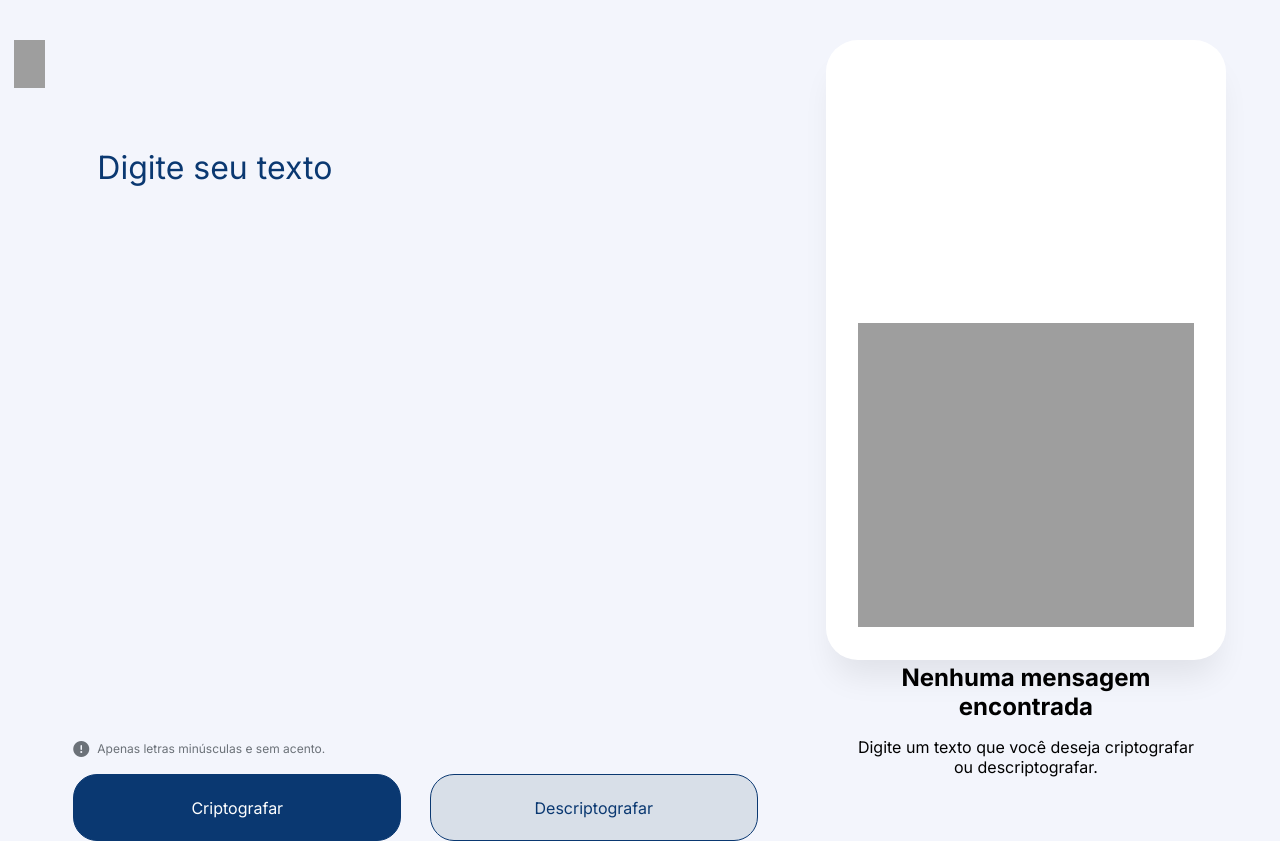
Repository: CarlosEduardoVdeOliveira/descodificador-de-texto
Page: index.html
The author's editor kept a copy of each file at every save. The page is drawn from the files as they stood at one save, then again after the next save.
The browser window is 1280 px wide. The pictures show the whole page.
Pictures or frames that could not be fetched are drawn as grey boxes.

Above is the page before, as saved 2023-04-13 10:18:57.

### index.html
<!DOCTYPE html>
<html lang="en">
<head>
   <meta charset="UTF-8">
   <link rel="preconnect" href="https://fonts.googleapis.com">
   <link rel="preconnect" href="https://fonts.gstatic.com" crossorigin>
   <meta http-equiv="X-UA-Compatible" content="IE=edge">
   <meta name="viewport" content="width=device-width, initial-scale=1.0">
   <link href="https://fonts.googleapis.com/css2?family=Inter:wght@400;700&display=swap" rel="stylesheet">
   <link rel="stylesheet" href="https://cdnjs.cloudflare.com/ajax/libs/font-awesome/6.4.0/css/all.min.css" integrity="sha512-iecdLmaskl7CVkqkXNQ/ZH/XLlvWZOJyj7Yy7tcenmpD1ypASozpmT/E0iPtmFIB46ZmdtAc9eNBvH0H/ZpiBw==" crossorigin="anonymous" referrerpolicy="no-referrer" />
   <link rel="stylesheet" href="/public/styles/reset.css">
   <link rel="stylesheet" href="/public/styles/index.css">
   <link rel="stylesheet" href="/public/styles/tablet.css">
   <link rel="stylesheet" href="/public/styles/mobile.css">
   <title>Decodificador</title>
</head>
<body>
   <main>
      <img src="/public/images/imageLogo2.png"
         alt="letra a da logo da escola de programação Alura">
      <div class="highlight">
         <textarea placeholder="Digite seu texto" autofocus></textarea>
         <div class="info">
            <span>
               <i class="fa-solid fa-circle-exclamation"></i>
               Apenas letras minúsculas e sem acento.
            </span>
            <div class="info-group-button">
               <button class="button-cryptography">Criptografar</button>
               <button class="button-decryption">Descriptografar</button>
            </div>
         </div>
      </div>
      <div class="text-cryption">
         <img src="/public/images/imageHighLight.svg" alt="">
         <div>
            <h2>Nenhuma mensagem encontrada</h2>
            <p>
               Digite um texto que você deseja criptografar ou descriptografar.
            </p>
         </div>
      </div>
   </main>
   <script src="/public/scripts/index.js"></script>
</body>
</html>

### public/styles/reset.css
:root{
   --light-gray: #D8DFE8;
   --gray-100: #CED4DA;
   --gray-200: #ADB5BD;
   --gray-300: #868E96;
   --gray-400: #495057;
   --gray-500: #343A40;
   --light-blue-100: #F3F5FC;
   --light-blue-200: #EFF1FA;
   --light-blue-300: #E9ECF8;
   --light-blue-400: #AAB2D5;
   --light-blue-500: #757FB2;
   --dark-blue-100: #609ED4;
   --dark-blue-200: #356EA9;
   --dark-blue-300: #0A3871;
   --dark-blue-400: #072B61;
   --dark-blue-500: #052051;
}
*{
   margin: 0;
   padding: 0;
   box-sizing: border-box;
}

html, input, textarea, button{
   font-family:  'Inter', sans-serif;
   font-size: 1rem;
   -webkit-font-smoothing: antialiased;
   -moz-osx-font-smoothing: grayscale;
}

### public/styles/index.css
body{
   background-color: var(--light-blue-100);
}
img{
   width: 1.943rem;
   height: 3rem;
   margin-top: 2.5rem;
}
main {
   display: flex;
   justify-content: space-around;
   align-items: self-start;
   margin: 0 auto;
}
.highlight{
   display: flex;
   flex-direction: column;
   margin-top: 7.5rem;
}
textarea{
   width: 100%;
   height: calc(100vh - 100px);
   font-size: 32px;
   line-height: 150%;
   background-color: var(--light-blue-100);
   color: var(--dark-blue-300);
   border: none;
   resize: none;
   margin: 0 auto;
   padding: 1.5rem;
}
textarea:focus{
   outline: 0;
}

textarea::placeholder{
   color: var(--dark-blue-300);
}
span{
   display: flex;
   align-items: center;
   font-size: 12px;
   color: var(--gray-400);
   line-height: 150%;
   opacity: 0.8;
   margin-bottom: 1rem;
}
i{
   color: var(--gray-400);
   margin-right: 0.5rem;
   font-size: 1rem;
}

button{
   padding: 1.5rem;
   width: 328px;
   height: 67px;
   border-radius: 1.5rem;
   cursor: pointer;
   font-size: 1rem;
   line-height: 19px;
   border: 1px solid var(--dark-blue-300);
   transition: all .2s;
}
.info .button-cryptography{
   background-color: var(--dark-blue-300);
   color: white;
   margin-right: 1.5rem;
}
.info .button-cryptography:hover{
   background-color: var(--dark-blue-400);
}
.info .button-decryption{
   background: var(--light-gray);
   color: var(--dark-blue-300);
}
.info .button-decryption:hover{
   background-color: var(--light-blue-200);
}
.text-cryption{
   width: 25rem;
   margin: 2.5rem;
   padding: 15.188rem 2rem;
   text-align: center;
   background-color: white;
   height: calc(100vh - 100px);
   /* shadow */
   box-shadow: 0px 24px 32px -8px rgba(0, 0, 0, 0.08);
   border-radius: 32px;
}
.text-cryption img{
   width: 21rem;
   height: 19rem;
}
.text-cryption div{
   display: flex;
   flex-direction: column;

   margin-top: 2rem;
   padding: 0px;
   gap: 16px;
}

textarea.textarea-output{
   font-size: 1.5rem;
   color: var(--gray-400);
   height: calc(100vh - 100px);
   padding: 1rem;
}
.text-cryption-whit-text{
   padding: 1rem;
}

.button-copy-cryption{
   background-color: white;
}
.button-copy-cryption:hover{
   background-color: var(--light-blue-200);
}

### public/styles/tablet.css
@media (max-width: 768px) {
   main{
      display: block;
   }
   img{
      margin: 1rem;
   }
   .textarea-input{
      margin: 0 auto;
   }
   .info{
      display: flex;
      flex-direction: column;
      margin: 0 auto;
   }
   .text-cryption{
      width: 43rem;
      height: 8.313rem;
      padding: 0;
      margin: 1.5rem auto;
   }
   .text-cryption img{
      display: none;
   }
}

### public/styles/mobile.css
@media (max-width: 375px) {
   img{
      margin: 1rem;
   }
   .info{
      margin: 0 auto;
   }
   .info-group-button{
      display: flex;
      flex-direction: column;
   }
   .info-group-button .button-cryptography{
      margin-bottom: 1.5rem;
   }
   .text-cryption{
      width: 20.438rem;
      height: 11.625rem;
      padding: 0;
      margin: 1.5rem auto;
   }
}

### public/scripts/index.js
const elementTextarea = document.querySelector("textarea");
const areaCryption = document.querySelector(".text-cryption");
const buttonCryptography = document.querySelector(".button-cryptography");
const buttonDecryption = document.querySelector(".button-decryption");


function alterTextCryptionArea(){
   areaCryption.classList.add("text-cryption-whit-text")
   areaCryption.innerHTML = `
      <textarea class="textarea-output" disabled>${elementTextarea.value}</textarea>
      <button class="button-copy-cryption">Copiar</button>
   `;
}
/*
function copyText(){
   const text = document.querySelector("format-text-cryption")
   text.select();
   document.execCommand('copy');
} */
/* document.querySelector("button-copy-cryption").onclick = copyText */
buttonCryptography.onclick = alterTextCryptionArea
buttonDecryption.onclick = alterTextCryptionArea

After the next save:
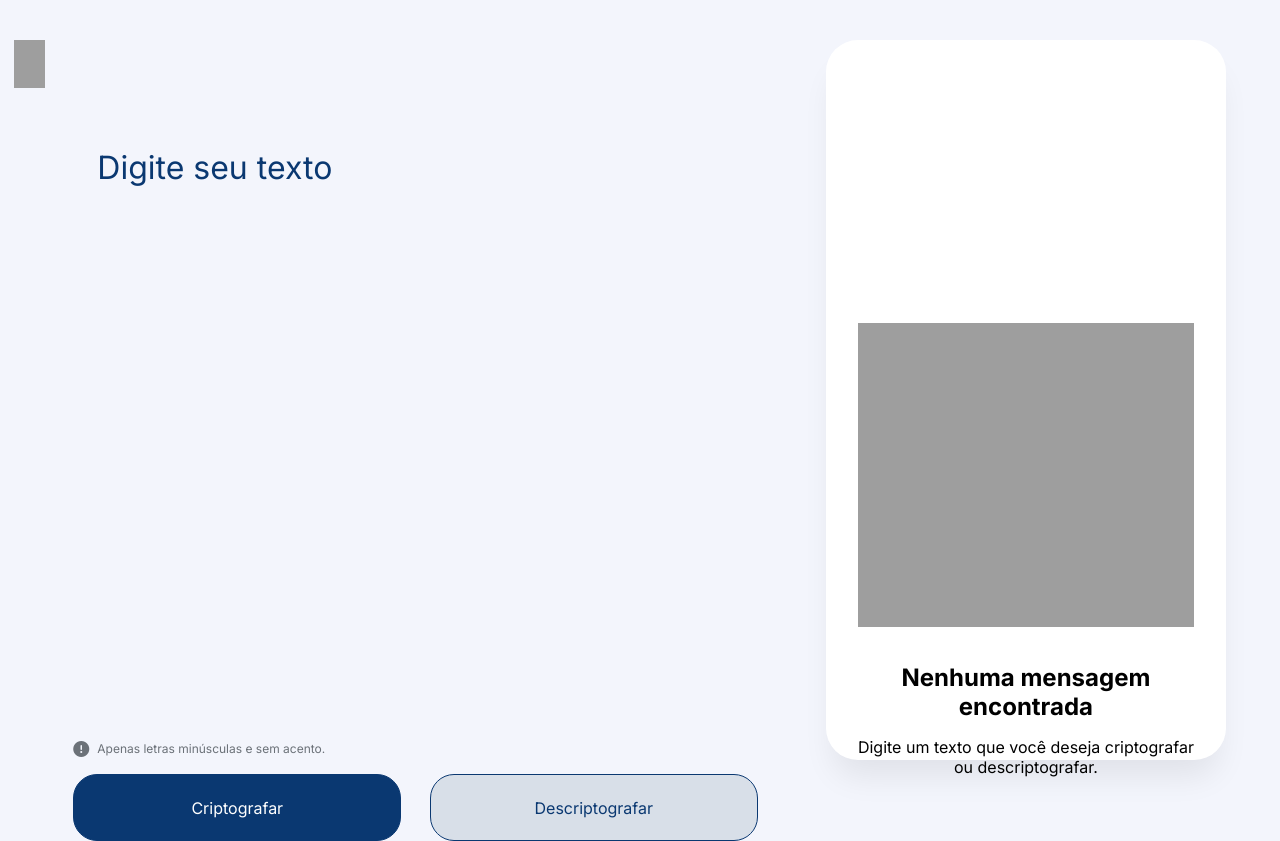
Saved 26 s later.
--- a/public/styles/index.css
+++ b/public/styles/index.css
@@ -83,7 +83,7 @@ button{
    padding: 15.188rem 2rem;
    text-align: center;
    background-color: white;
-   height: calc(100vh - 100px);
+   height: 100vh;
    /* shadow */
    box-shadow: 0px 24px 32px -8px rgba(0, 0, 0, 0.08);
    border-radius: 32px;
